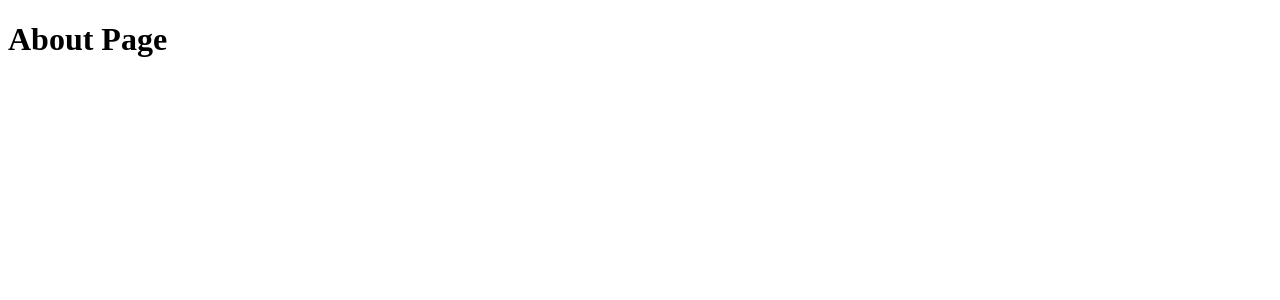
Repository: k-s-k119/samurai_HTML-CSS
Page: lesson/lesson1.html
The author's editor kept a record of every edit. The page is drawn from the files as they stood at one moment, then again after the next edit.
The browser window is 1280 px wide. The pictures show the whole page.

Above is the page before.

After the next edit:
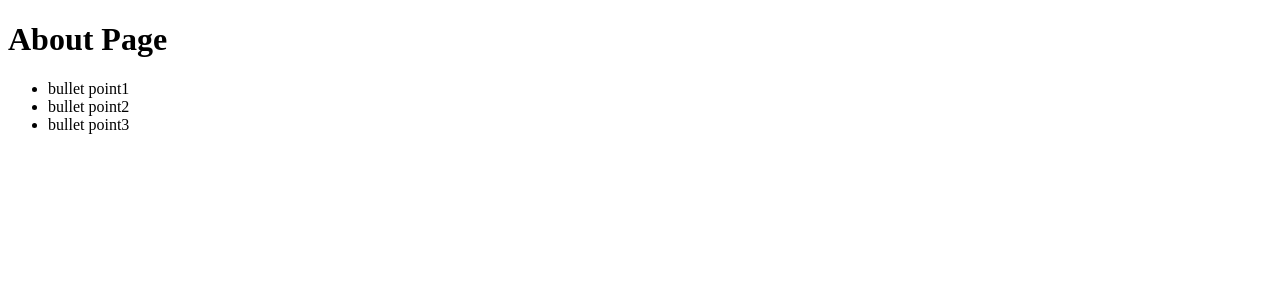
The edit:
--- a/lesson/lesson1.html
+++ b/lesson/lesson1.html
@@ -4,5 +4,10 @@
   </head>
   <body>
     <h1>About Page</h1>
+    <ul>
+      <li>bullet point1</li>
+      <li>bullet point2</li>
+      <li>bullet point3</li>
+    </ul>
   </body>
 </html>
